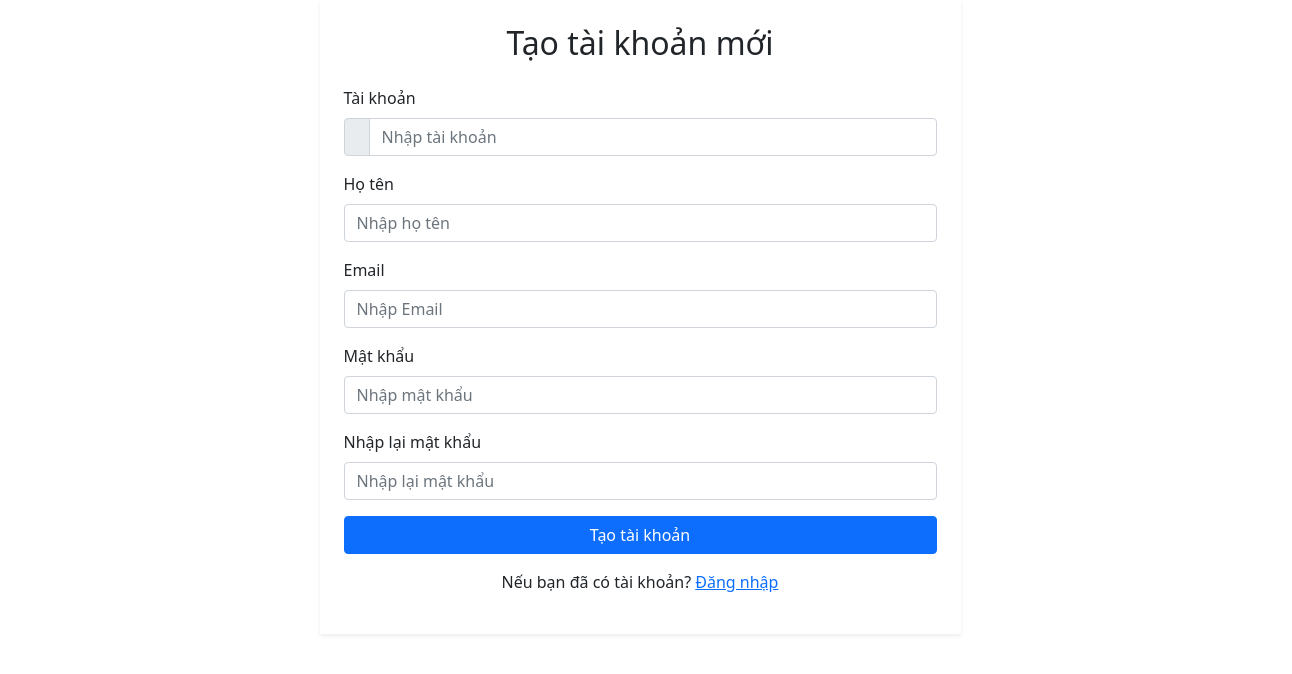
Repository: Carwyn1101/NguyenDinhHongPhuc_22133041
Page: http://localhost/LapTrinhWeb/views/login.jsp
An editor plug-in stored every save of this project. The page is shown before and after the next save, followed by the edit.
The browser window is 1280 px wide. The page is 1280 px wide, then 1292 px, so the pictures cover 1292 px, including what lies to the right of the window. The pictures show the whole page.
The page is served by Tomcat 10. Nobody is signed in. The application's start-up code is not run. Other server files are loaded and not shown.

Above is the page before, as saved 2024-09-15 13:57:58.

### LapTrinhWeb/src/main/webapp/views/login.jsp
<%@ page language="java" contentType="text/html; charset=UTF-8"
	pageEncoding="UTF-8"%>
<%@ taglib prefix="c" uri="http://java.sun.com/jsp/jstl/core" %>
<!DOCTYPE html>
<html>
<head>
<meta charset="UTF-8">
<meta name="viewport" content="width=device-width, initial-scale=1">
<!-- Bootstrap CSS -->
<link
	href="https://cdn.jsdelivr.net/npm/bootstrap@5.0.2/dist/css/
bootstrap.min.css"
	rel="stylesheet"">
<title>Đăng kí tài khoản</title>
</head>
<body>
	<div class="container">
		<div class="section">
			<div class="row justify-content-center">
				<div class="col-12 col-md-7">
					<div class="register-form shadow-sm p-4">
						<h2 class="text-center mb-4">Tạo tài khoản mới</h2>
						<form action="register" method="post">
							<c:if test="${alert != null}">
								<h3 class="alert alert-danger">${alert}</h3>
							</c:if>

							<div class="mb-3">
								<label for="username" class="form-label">Tài khoản</label>
								<div class="input-group">
									<span class="input-group-text"> <i class="fa fa-user"></i>
									</span> <input type="text" class="form-control" id="username"
										name="username" placeholder="Nhập tài khoản" required>
								</div>
							</div>

							<div class="mb-3">
								<label for="fullname" class="form-label">Họ tên</label> <input
									type="text" class="form-control" id="fullname" name="fullname"
									placeholder="Nhập họ tên" required>
							</div>

							<div class="mb-3">
								<label for="email" class="form-label">Email</label> <input
									type="email" class="form-control" id="email" name="email"
									placeholder="Nhập Email" required>
							</div>

							<div class="mb-3">
								<label for="password" class="form-label">Mật khẩu</label> <input
									type="password" class="form-control" id="password"
									name="password" placeholder="Nhập mật khẩu" required>
							</div>

							<div class="mb-3">
								<label for="confirmPassword" class="form-label">Nhập lại
									mật khẩu</label> <input type="password" class="form-control"
									id="confirmPassword" name="confirmPassword"
									placeholder="Nhập lại mật khẩu" required>
							</div>

							<div class="d-grid">
								<button type="submit" class="btn btn-primary">Tạo tài
									khoản</button>
							</div>

							<div class="mt-3 text-center">
								<p>
									Nếu bạn đã có tài khoản? <a href="/login">Đăng nhập</a>
								</p>
							</div>
						</form>
					</div>
				</div>
			</div>
		</div>
	</div>
</body>
</html>

After the next save:
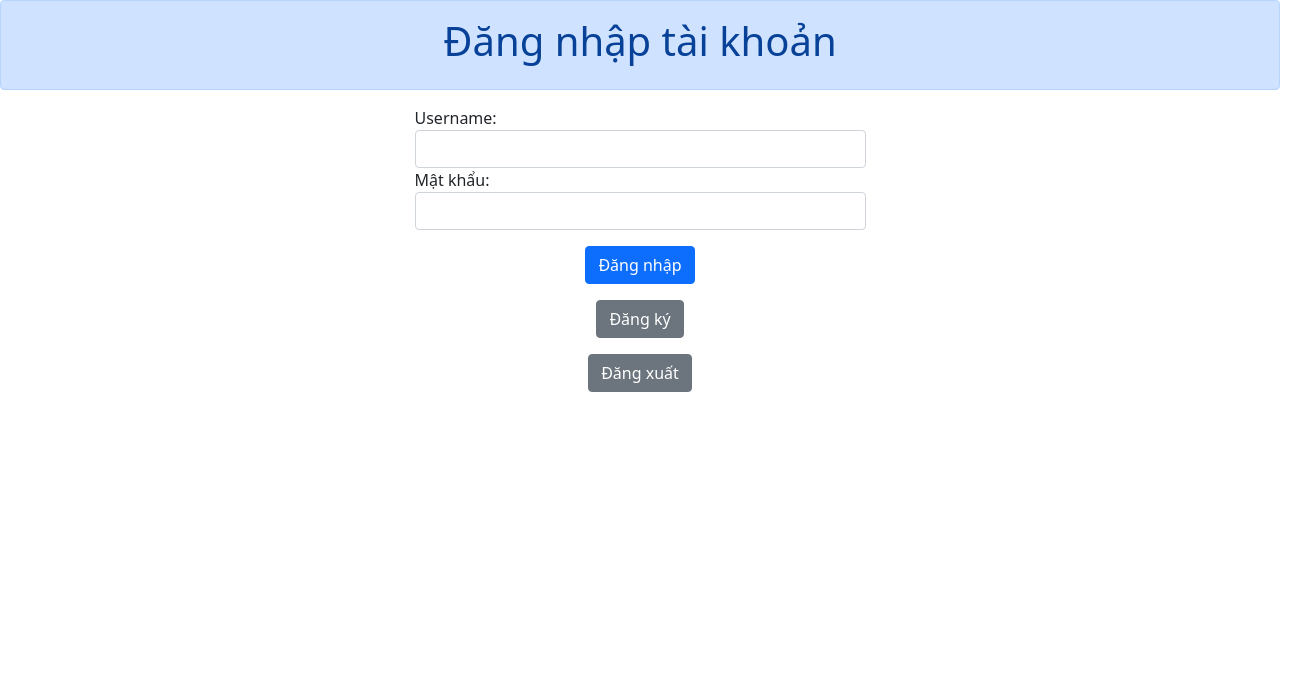
Saved 82 s later.
--- a/LapTrinhWeb/src/main/webapp/views/login.jsp
+++ b/LapTrinhWeb/src/main/webapp/views/login.jsp
@@ -10,68 +10,44 @@
 <link
 	href="https://cdn.jsdelivr.net/npm/bootstrap@5.0.2/dist/css/
 bootstrap.min.css"
-	rel="stylesheet"">
-<title>Đăng kí tài khoản</title>
+	rel="stylesheet">
+<title>Đăng nhập tài khoản</title>
 </head>
 <body>
+	<header class="row">
+		<div class="col">
+			<div class="alert alert-primary col" align="center" >
+				<h1>Đăng nhập tài khoản</h1>
+			</div>
+		</div>
+	</header>
 	<div class="container">
-		<div class="section">
-			<div class="row justify-content-center">
-				<div class="col-12 col-md-7">
-					<div class="register-form shadow-sm p-4">
-						<h2 class="text-center mb-4">Tạo tài khoản mới</h2>
-						<form action="register" method="post">
+		<div class="row justify-content-center">
+			<div class="col-12 col-md-5">
+				<form action="login" method="post">
 							<c:if test="${alert != null}">
-								<h3 class="alert alert-danger">${alert}</h3>
+								<label class="alert alert-danger">${alert}</label>
 							</c:if>
-
-							<div class="mb-3">
-								<label for="username" class="form-label">Tài khoản</label>
-								<div class="input-group">
-									<span class="input-group-text"> <i class="fa fa-user"></i>
-									</span> <input type="text" class="form-control" id="username"
-										name="username" placeholder="Nhập tài khoản" required>
-								</div>
-							</div>
-
-							<div class="mb-3">
-								<label for="fullname" class="form-label">Họ tên</label> <input
-									type="text" class="form-control" id="fullname" name="fullname"
-									placeholder="Nhập họ tên" required>
-							</div>
-
-							<div class="mb-3">
-								<label for="email" class="form-label">Email</label> <input
-									type="email" class="form-control" id="email" name="email"
-									placeholder="Nhập Email" required>
-							</div>
-
-							<div class="mb-3">
-								<label for="password" class="form-label">Mật khẩu</label> <input
-									type="password" class="form-control" id="password"
-									name="password" placeholder="Nhập mật khẩu" required>
-							</div>
-
-							<div class="mb-3">
-								<label for="confirmPassword" class="form-label">Nhập lại
-									mật khẩu</label> <input type="password" class="form-control"
-									id="confirmPassword" name="confirmPassword"
-									placeholder="Nhập lại mật khẩu" required>
-							</div>
-
-							<div class="d-grid">
-								<button type="submit" class="btn btn-primary">Tạo tài
-									khoản</button>
-							</div>
-
-							<div class="mt-3 text-center">
-								<p>
-									Nếu bạn đã có tài khoản? <a href="/login">Đăng nhập</a>
-								</p>
-							</div>
-						</form>
+					<div class="form-group">
+						<label for="username">Username:</label> <input type="text" id="username"
+							name="username" class="form-control" />
 					</div>
-				</div>
+					<div class="form-group">
+						<label for="password">Mật khẩu: </label> <input type="password"
+							id="password" name="password" class="form-control" />
+					</div>
+					<div class="form-group mt-3" align="center">
+						<button type="submit" class="btn btn-primary">Đăng nhập</button>
+					</div>
+					<div class="form-group mt-3" align="center">
+						<!-- Button chuyển hướng tới trang đăng ký -->
+						<button type="button" class="btn btn-secondary" onclick="window.location.href='views/register.jsp'">Đăng ký</button>
+					</div>
+					<div class="form-group mt-3" align="center">
+						<!-- Button logout -->
+						<button type="button" class="btn btn-secondary" >Đăng xuất</button>
+					</div>
+				</form>
 			</div>
 		</div>
 	</div>
